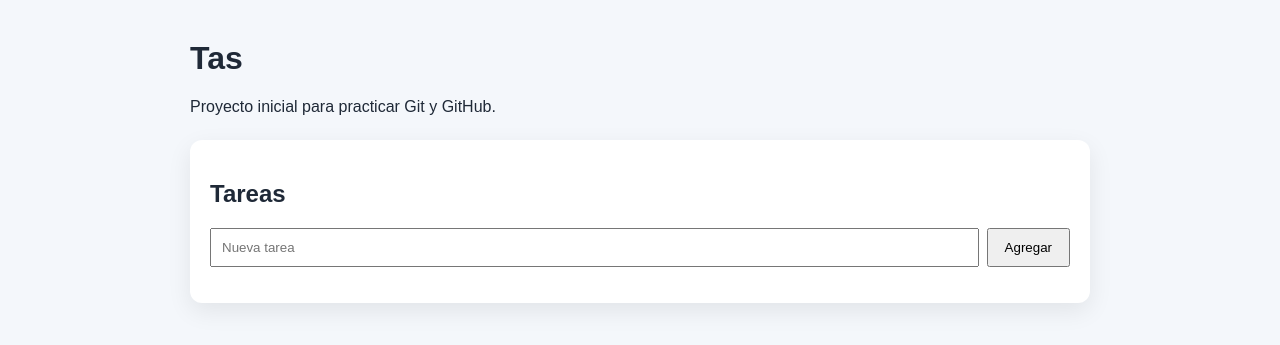
Repository: tomasheduan/task-flow
Page: index.html
These files come from the project's save history. The page is drawn as it stood at one moment and after the next save; the edit follows.
The browser window is 1280 px wide. The pictures show the whole page.

Above is the page before, as saved 2026-10-07 15:45:10.

After the next save:
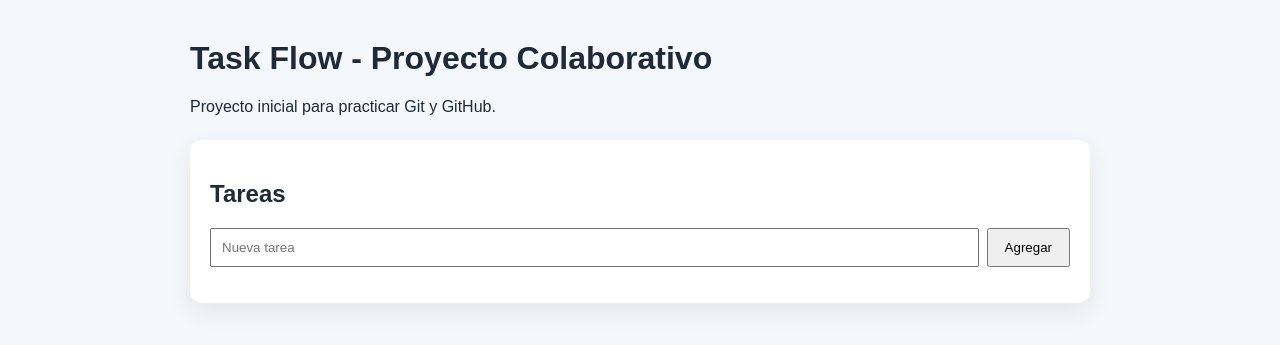
Saved 8 s later.
--- a/index.html
+++ b/index.html
@@ -8,7 +8,7 @@
 </head>
 <body>
   <main class="container">
-    <h1>Tas</h1>
+    <h1>Task Flow - Proyecto Colaborativo</h1>
     <p>Proyecto inicial para practicar Git y GitHub.</p>
 
     <section class="task-panel">
